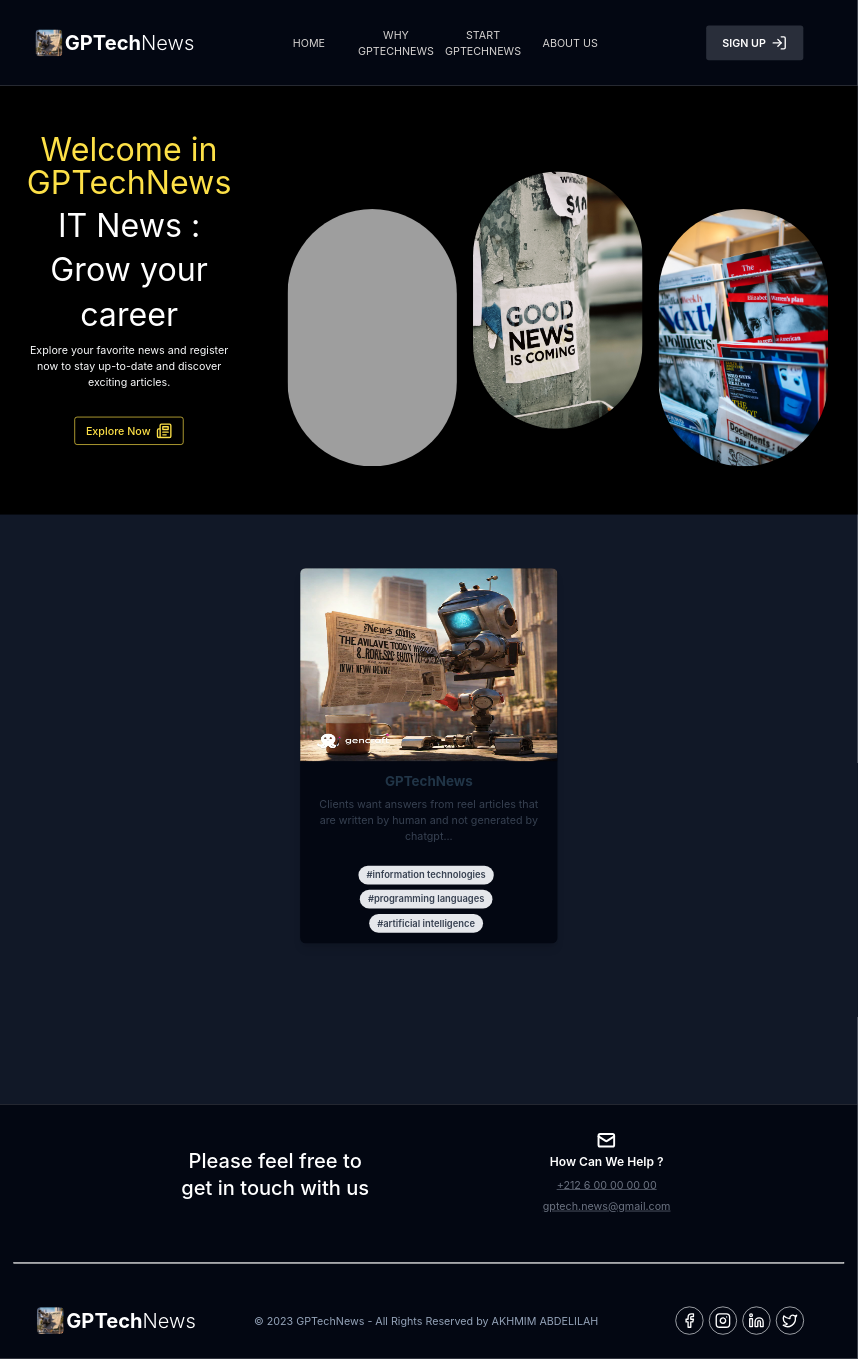
Repository: Lablab-me-Hackathon/gptech-news-frontend
Page: /
These files come from the project's save history. The page is drawn as it stood at one moment and after the next save; the edit follows.
The browser window is 1280 px wide. The pictures show the whole page, at 67% of full size.
Pictures or frames that could not be fetched are drawn as grey boxes. The project was rebuilt for these pictures with package versions that can differ from the ones it lists, and the page was loaded fresh each time. Also part of the build but not shown: vite.config.js.

Above is the page before, as saved 2023-08-07 18:41:54.

After the next save:
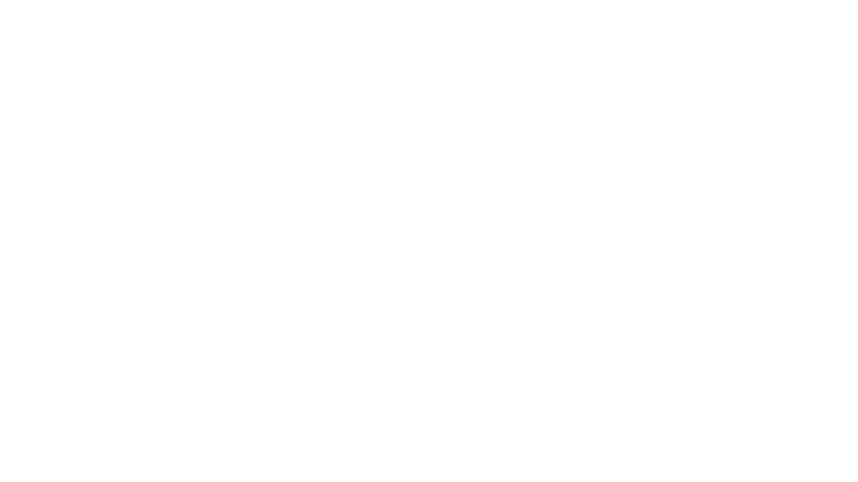
Console error: ReferenceError: ar is not defined
Saved 4 s later.
--- a/src/services/articles/Articles.jsx
+++ b/src/services/articles/Articles.jsx
@@ -18,7 +18,7 @@
   )
   return (
     <div>
-
+      {ar}
     </div>
   );
 }

After the save that followed:
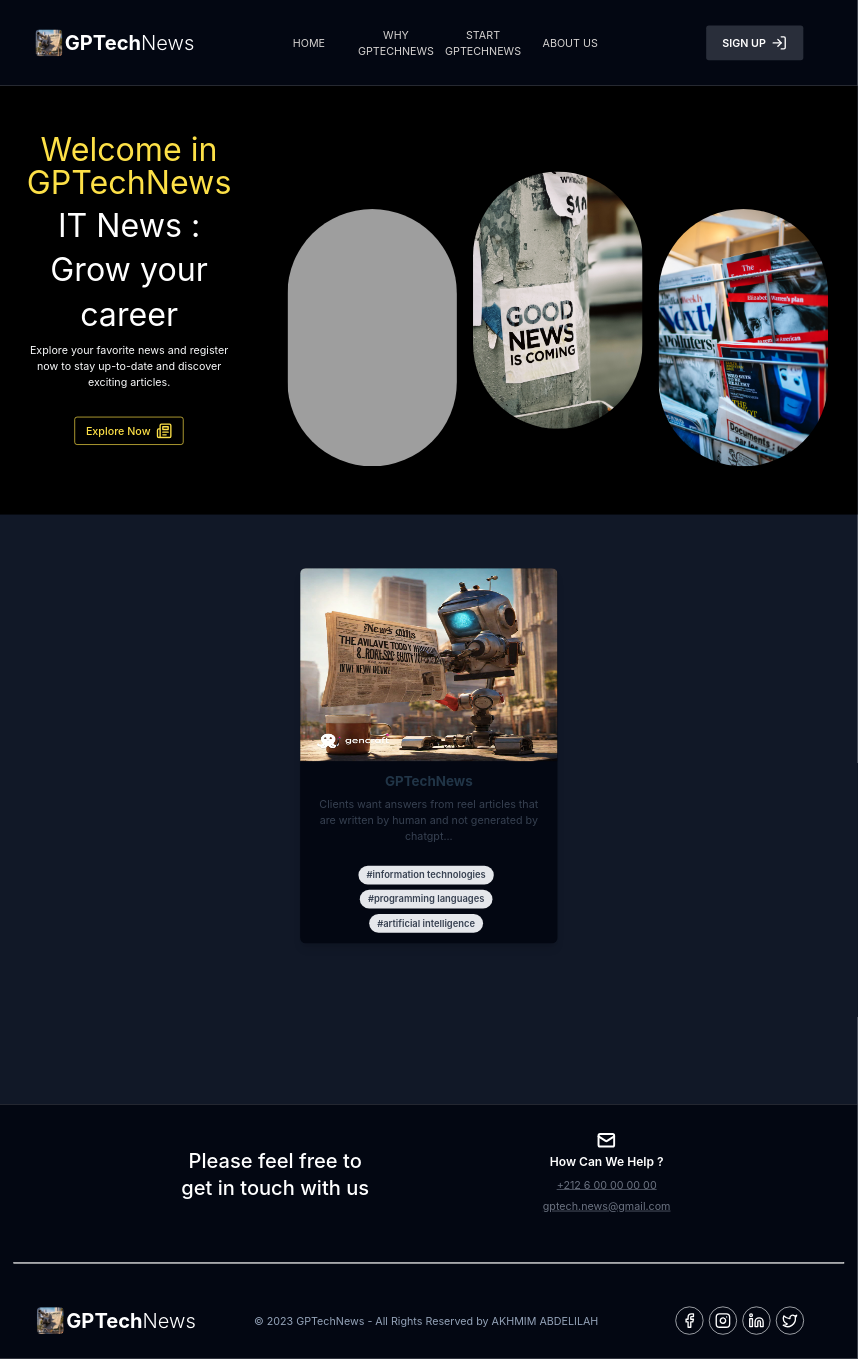
The error is gone.
Saved 6 s later.
--- a/src/services/articles/Articles.jsx
+++ b/src/services/articles/Articles.jsx
@@ -18,7 +18,7 @@
   )
   return (
     <div>
-      {ar}
+      {articles.map}
     </div>
   );
 }
